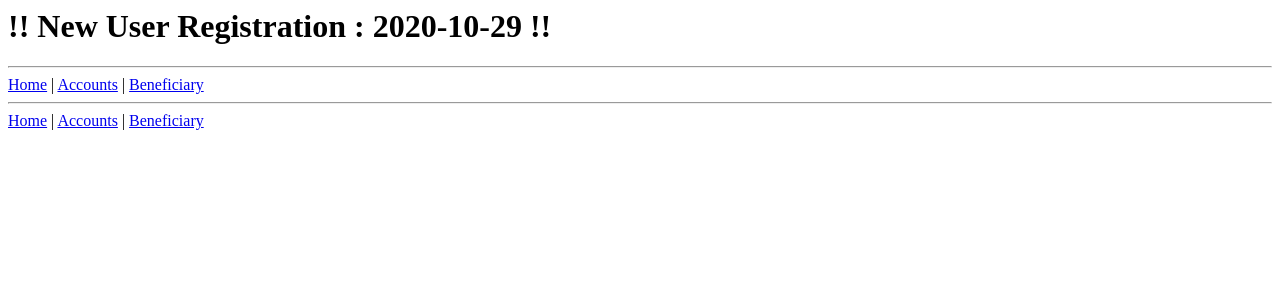
Repository: anik84/ibs
Page: http://localhost/IBS/user_accounts.jsp
The author's editor kept a copy of each file at every save. The page is drawn from the files as they stood at one save, then again after the next save.
The browser window is 1280 px wide. The pictures show the whole page.
The page is served by Tomcat 9.

Above is the page before, as saved 2020-10-29 07:58:59.

After the next save:
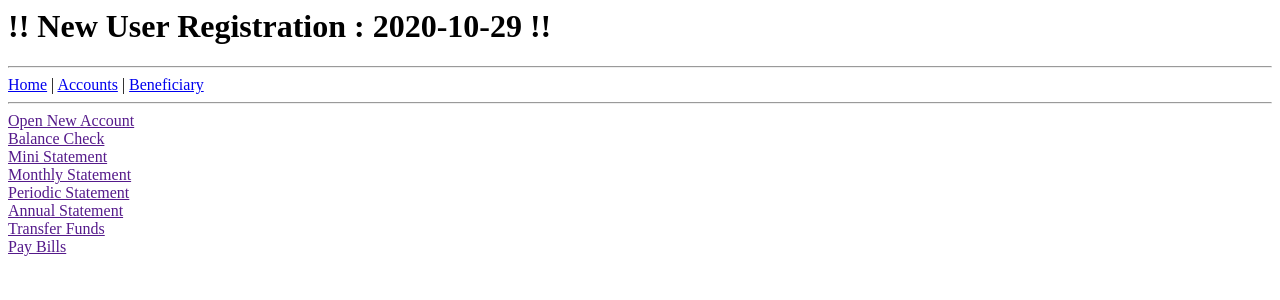
Saved 7 min 46 s later.
--- a/IBS_JSPs/IBS/WebContent/user_accounts.jsp
+++ b/IBS_JSPs/IBS/WebContent/user_accounts.jsp
@@ -10,11 +10,16 @@
 		!!
 	</h1>
 	<jsp:include page="user_home_menu.jsp" />
-	<a href="user_home.jsp">Home</a>
-	<span> | </span>
-	<a href="user_accounts.jsp">Accounts</a>
-	<span> | </span>
-	<a href="user_benificiary.jsp">Beneficiary</a>
+
+
+	<a href="">Open New Account</a><br />
+	<a href="">Balance Check</a><br />
+	<a href="">Mini Statement</a><br />
+	<a href="">Monthly Statement</a><br />
+	<a href="">Periodic Statement</a><br />
+	<a href="">Annual Statement</a><br />
+	<a href="">Transfer Funds</a><br />
+	<a href="">Pay Bills</a><br />
 
 </body>
 </html>
